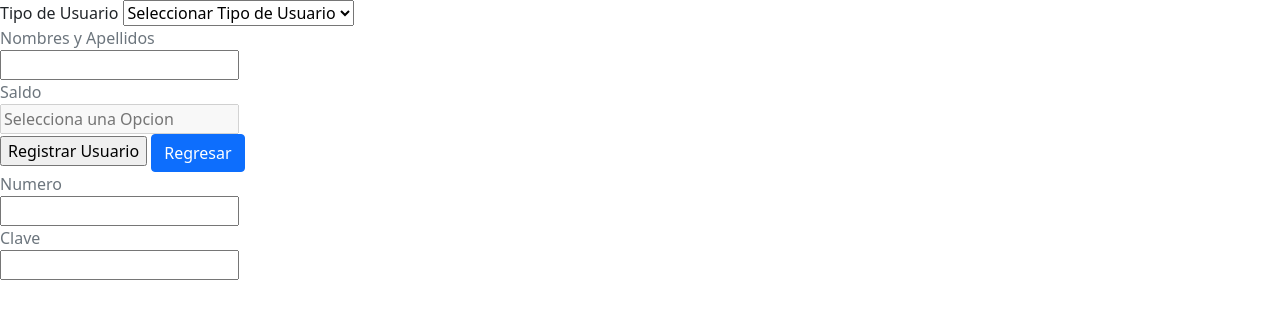
Repository: Gimblet/LP1_Proyecto_Yape
Page: http://localhost/Yape/nuevoUsuario.jsp
An editor plug-in stored every save of this project. The page is shown before and after a run of saves, followed by the edit.
The browser window is 1280 px wide. The pictures show the whole page.
The page is served by Tomcat 9.

Above is the page before, as saved 2024-04-25 18:49:35.

After the next 3 saves:
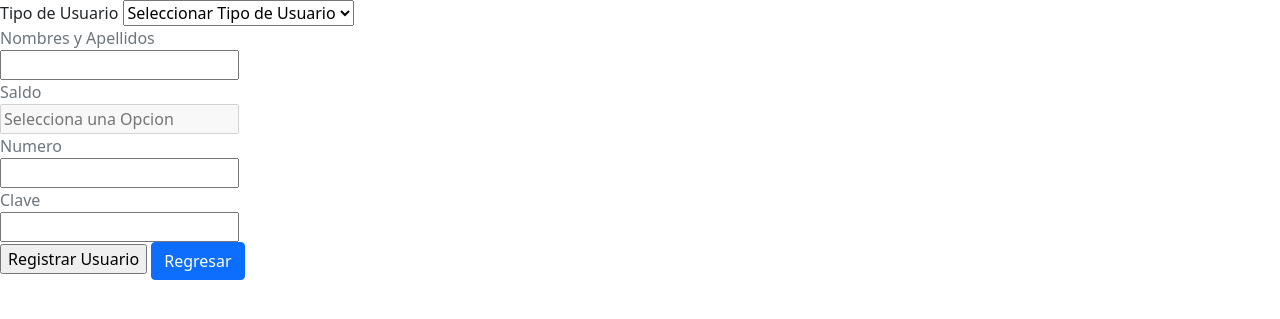
The 3 saves are shown as one change because they came seconds apart.
The last was saved 20 s later.
--- a/Yape/src/main/webapp/nuevoUsuario.jsp
+++ b/Yape/src/main/webapp/nuevoUsuario.jsp
@@ -30,9 +30,6 @@
 			<input name="txtSaldo" type="text" disabled placeholder="Selecciona una Opcion">
 		</div>
 
-		<input type="submit" name="type" value="Registrar Usuario" >
-		<a href="Servlet?type=Volver" class="btn btn-primary">Regresar</a>
-
 			<script>
     			function updateSaldo() {
         			var selectedOption = document.getElementsByName("cboTipoUsuario")[0].value;
@@ -59,6 +56,9 @@
 			<br>
 			<input type="text" name="txtClave">
 		</div>
+
+		<input type="submit" name="type" value="Registrar Usuario" >
+		<a href="Servlet?type=Volver" class="btn btn-primary">Regresar</a>
 	</form>
 </body>
 </html>
